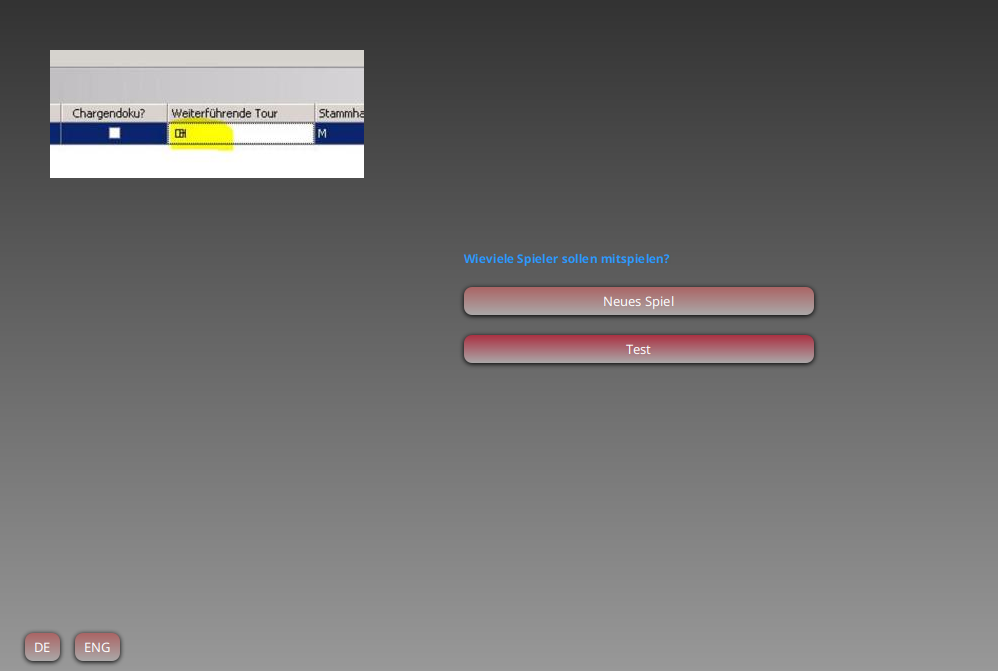
Repository: berger-designz/MenschAergereDichNicht
Program's window: java MenschAergereDichNicht/src/Game_GUI/GUI_Primary.java
An editor plug-in stored every save of this project. The program's window is shown before and after the next save, followed by the edit.
It runs on Java 21 on a 1366 x 768 screen with JavaFX 11; the title bar is not drawn. It also reads MenschAergereDichNicht/src/style/test_pic_1.jpg.

Above is the program's window before, as saved 2016-05-25 13:59:08.

### MenschAergereDichNicht/src/Game_GUI/GUI_Primary.java
package Game_GUI;

import java.io.File;
import java.io.IOException;

import javafx.application.Application;
import javafx.application.Platform;
import javafx.collections.FXCollections;
import javafx.collections.ObservableList;
import javafx.event.EventHandler;
import javafx.fxml.FXMLLoader;
import javafx.geometry.Insets;
import javafx.scene.Scene;
import javafx.scene.control.Button;
import javafx.scene.control.Label;
import javafx.scene.control.ListView;
import javafx.scene.control.ToolBar;
import javafx.scene.image.Image;
import javafx.scene.image.ImageView;
import javafx.scene.layout.BorderPane;
import javafx.scene.layout.HBox;
import javafx.scene.layout.VBox;
import javafx.scene.paint.Color;
import javafx.scene.text.Font;
import javafx.scene.text.FontWeight;
import javafx.stage.Stage;
import javafx.stage.WindowEvent;

public class GUI_Primary extends Application
{

	private static Label top_label;
	private static Label bottom_label;
	private static Button gameStart_Button;
	private static Button test_button;
	private static Button lang_de_Button;
	private static Button lang_en_Button;
	private static ToolBar main_toolbar;

	public void startView(){
		// show GUI (JavaFX)
		String value = ""; // TODO: Welcher wert muss da sein ?
		launch(value);
		System.out.println("started");

	}

	@Override
	public void start(Stage stage) throws Exception
	{
		/*Image img1 = new Image ("test_pic_1.jpg");
		ImageView imgView1 = new ImageView(img1);*/
		Image img1 = new Image (new File("src/style/test_pic_1.jpg").toURI().toString());
		ImageView imgView1 = new ImageView(img1);

		/*Image img2 = new Image ("style/table.jpg", true);
		ImageView sub_image = new ImageView(img2);*/


		top_label = new Label("Wieviele Spieler sollen mitspielen?");
		top_label.setTextFill(Color.web("#2E9AFE"));
		top_label.setFont(Font.font("Verdana", FontWeight.BOLD, 12));

		bottom_label = new Label();
		bottom_label.setTextFill(Color.web("#2E9AFE"));
		bottom_label.setFont(Font.font("Verdana", FontWeight.BOLD, 12));





		gameStart_Button = new Button("Neues Spiel");
		gameStart_Button.setMaxSize(350, 0);
		test_button = new Button("Test");
		test_button.setMaxSize(350, 0);

		lang_de_Button = new Button("DE");
		lang_de_Button.setMaxSize(350, 0);
		lang_en_Button = new Button("ENG");
		lang_en_Button.setMaxWidth(Double.MAX_VALUE);

		VBox vbox = new VBox();
		vbox.getChildren().addAll(top_label, gameStart_Button, test_button);
		vbox.setPadding(new Insets(250, 50, 50, 50));
		vbox.setSpacing(20);


		HBox hbox_bottom = new HBox();
		hbox_bottom.getChildren().addAll(bottom_label, lang_de_Button, lang_en_Button);
		hbox_bottom.setSpacing(5);
		hbox_bottom.setPadding(new Insets(10, 10, 10, 10));
		hbox_bottom.setSpacing(15);

		HBox hbox_left = new HBox();
		hbox_left.getChildren().addAll(imgView1);
		hbox_left.setPadding(new Insets(50, 50, 50, 50));

		HBox hbox_right = new HBox();
		hbox_right.setPadding(new Insets(50, 50, 50, 50));

		BorderPane main_pane = new BorderPane();
		main_pane.setCenter(vbox);
		main_pane.setLeft(hbox_left);
		main_pane.setBottom(hbox_bottom);
		main_pane.setRight(hbox_right);

		Scene main_scene = new Scene(main_pane);
		main_scene.getStylesheets().add("style/style.css");

		stage.centerOnScreen();
		stage.setTitle("Game - Mensch ärgere Dich nicht");
		stage.setHeight(700);
		stage.setWidth(1000);
		stage.setScene(main_scene);
		stage.show();
		stage.setOnCloseRequest(new EventHandler<WindowEvent>() {
            public void handle(WindowEvent t) {
                Platform.exit();
                System.exit(0);
            }
        });



	}
	}

### MenschAergereDichNicht/src/style/style.css
.root {
	-fx-background-color: linear-gradient(#333333, #999999);
}

.button {
	//-fx-background-color: #AA3344;
	-fx-background-color: linear-gradient(#AA6666, #AAAAAA);
	-fx-text-fill: #FFFFFF;
	-fx-background-radius: 8,7,6;
    -fx-background-insets: 0,1,2;
    -fx-effect: dropshadow( three-pass-box , rgba(0,0,0,3) , 5, 0.0 , 0 , 1 );
}

.button:hover {
	-fx-background-color: linear-gradient(#AA3344, #AAAAAA);
	-fx-text-fill: #FFFFFF;
}

.button:pressed {
    -fx-effect: dropshadow( gaussian , rgba(0,0,0,0.7) , 10,0,0,1 );
    -fx-effect: innershadow( gaussian , rgba(0,0,0,0.7) , 20,0,0,0 );
}

.text-field {
	-fx-border-color: #AAAAAA;
	-fx-border-width: 2px;
}

.list-view {
	-fx-font: bold 12pt "Comic Sans MS";
}

.list-view *.scroll-bar:vertical {
    -fx-background-color: #AA3344;
    -fx-background-radius: 5;
}

.list-view:hover *.scroll-bar:vertical {
    -fx-background-color: linear-gradient(#AAAAAA, #AA3344);
    -fx-background-radius: 5;
}

After the next save:
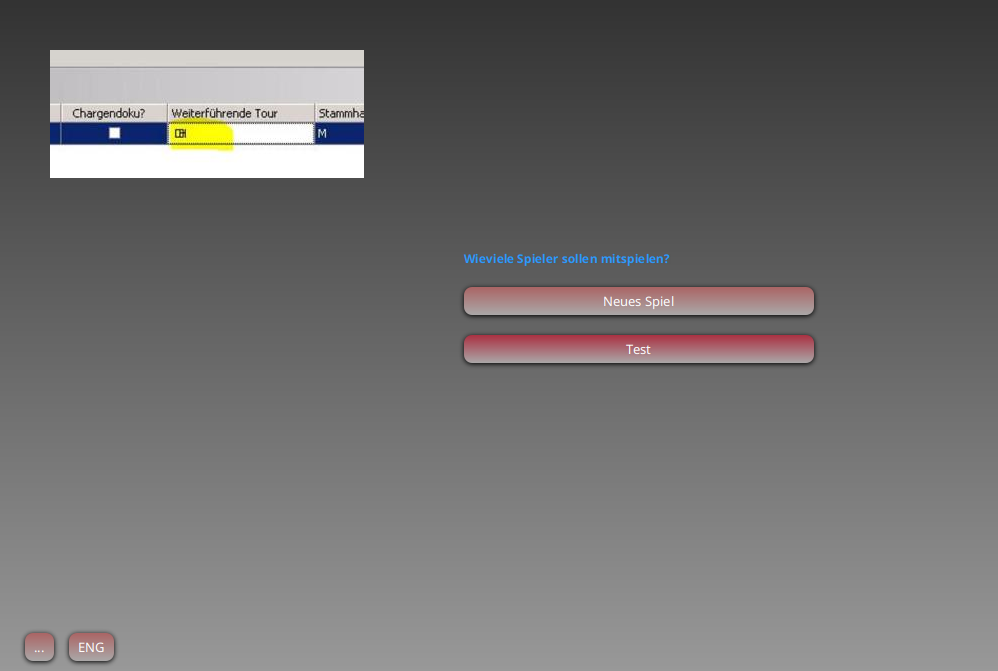
Saved 19 s later.
--- a/MenschAergereDichNicht/src/Game_GUI/GUI_Primary.java
+++ b/MenschAergereDichNicht/src/Game_GUI/GUI_Primary.java
@@ -75,7 +75,7 @@
 		test_button.setMaxSize(350, 0);
 
 		lang_de_Button = new Button("DE");
-		lang_de_Button.setMaxSize(350, 0);
+		lang_de_Button.setMaxSize(0, 350);
 		lang_en_Button = new Button("ENG");
 		lang_en_Button.setMaxWidth(Double.MAX_VALUE);
 

After the save that followed:
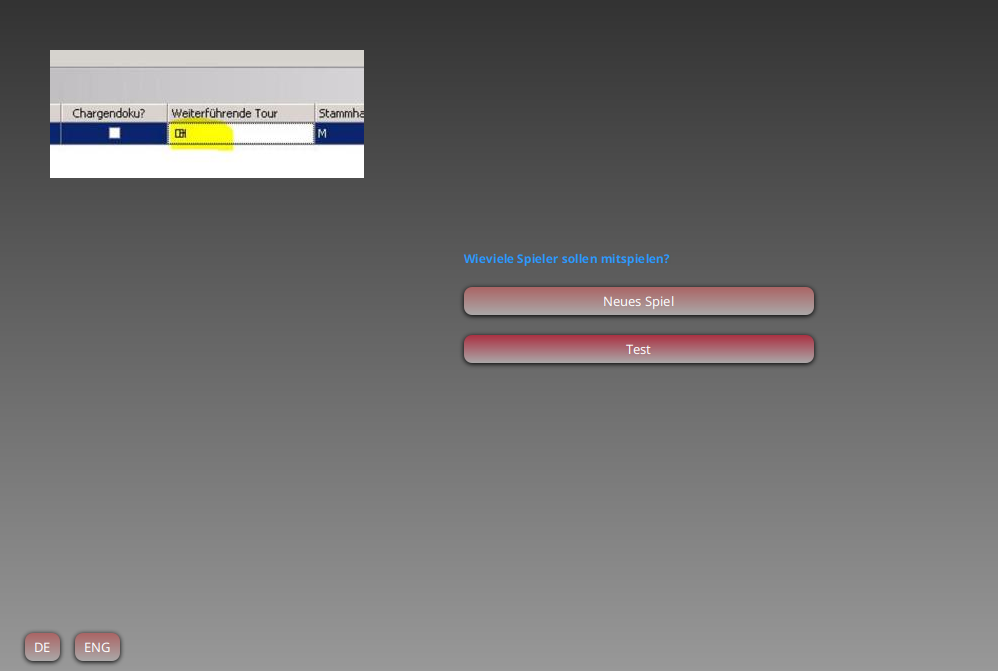
Saved 13 s later.
--- a/MenschAergereDichNicht/src/Game_GUI/GUI_Primary.java
+++ b/MenschAergereDichNicht/src/Game_GUI/GUI_Primary.java
@@ -75,7 +75,7 @@
 		test_button.setMaxSize(350, 0);
 
 		lang_de_Button = new Button("DE");
-		lang_de_Button.setMaxSize(0, 350);
+		lang_de_Button.setMaxSize(500, 350);
 		lang_en_Button = new Button("ENG");
 		lang_en_Button.setMaxWidth(Double.MAX_VALUE);
 
